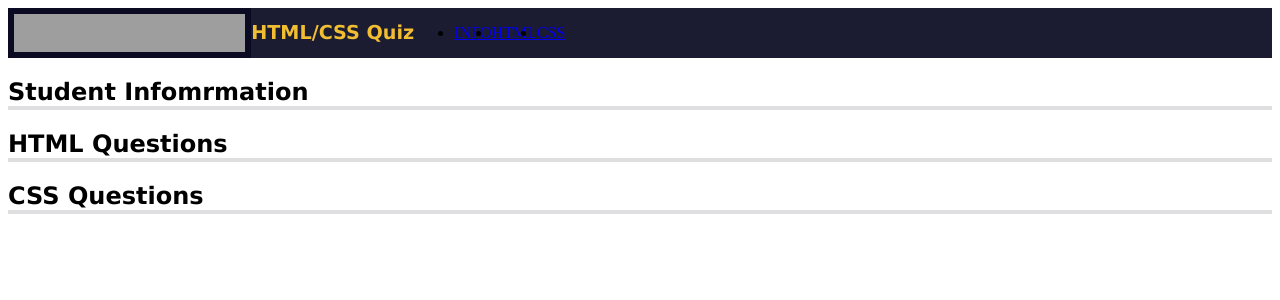
Repository: Lungdjos/accessibility_build_quiz
Page: index.html
These files come from the project's save history. The page is drawn as it stood at one moment and after a run of saves; the edit follows.
The browser window is 1280 px wide. The pictures show the whole page.
Pictures or frames that could not be fetched are drawn as grey boxes.

Above is the page before, as saved 2023-10-28 04:39:53.

After the next 2 saves:
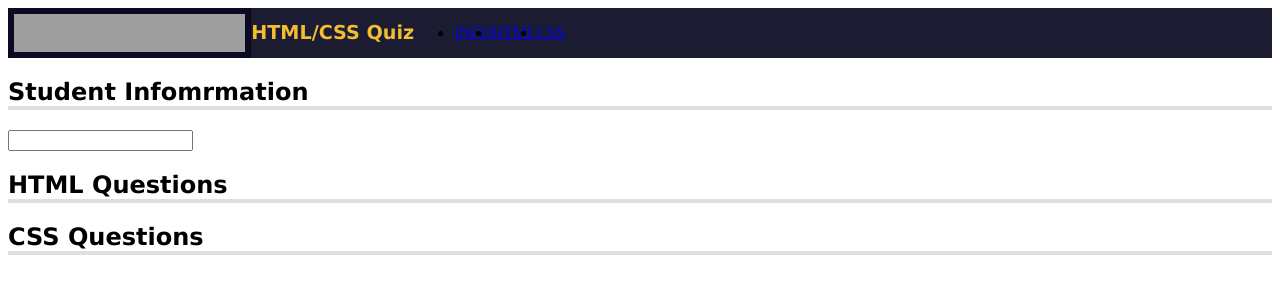
The 2 saves are shown as one change because they came seconds apart.
The last was saved 13 s later.
--- a/index.html
+++ b/index.html
@@ -29,7 +29,9 @@
             <section role="region" aria-labelledby="student-info">
                 <h2 id="student-info">Student Infomrmation</h2>
                 <div class="info">
-                    <label for=""></label>
+                    <label for="">
+                        <input type="text" name="" id="">
+                    </label>
                 </div>
             </section>
             <section role="region" aria-labelledby="html-questions">
